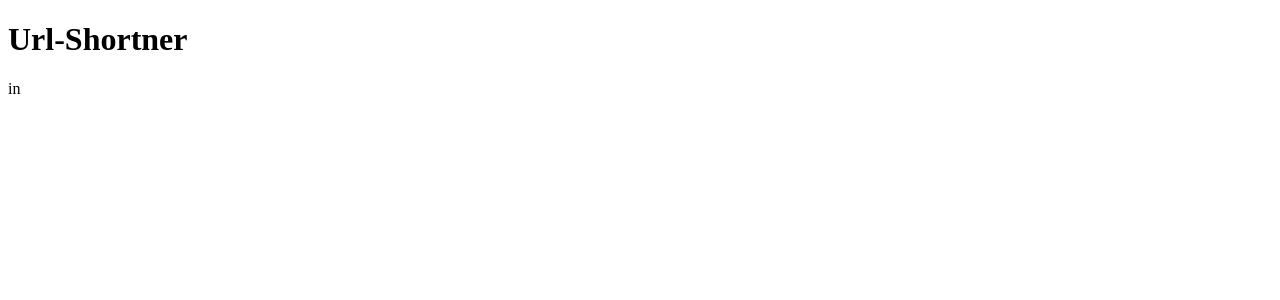
Repository: nandhuselvam/Task
Page: http://localhost/
An editor plug-in stored every save of this project. The page is shown before and after the next save, followed by the edit.
The browser window is 1280 px wide. The pictures show the whole page.
The page is served by the project's Node server (app.js).

Above is the page before, as saved 2024-03-05 14:06:39.

After the next save:
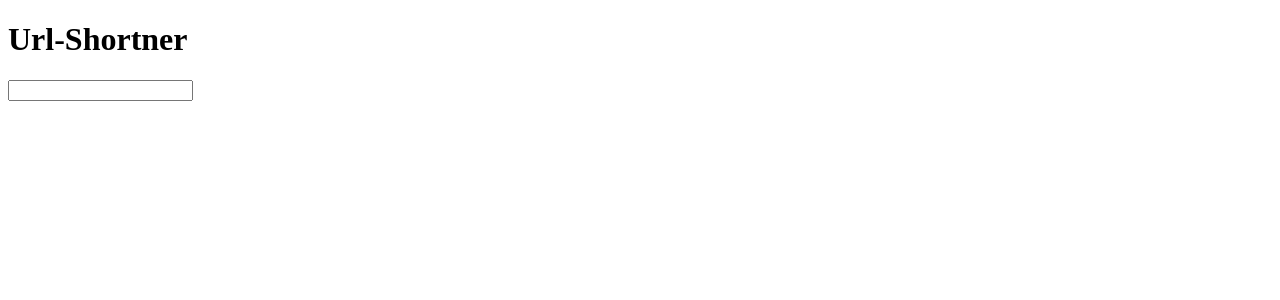
Saved 7 s later.
--- a/views/index.ejs
+++ b/views/index.ejs
@@ -8,7 +8,7 @@
 <body>
 	<h1>Url-Shortner</h1>
 	<form action="/" method="post">
-		in
+		<input type="text" class="url">
 	</form>
 </body>
 </html>
